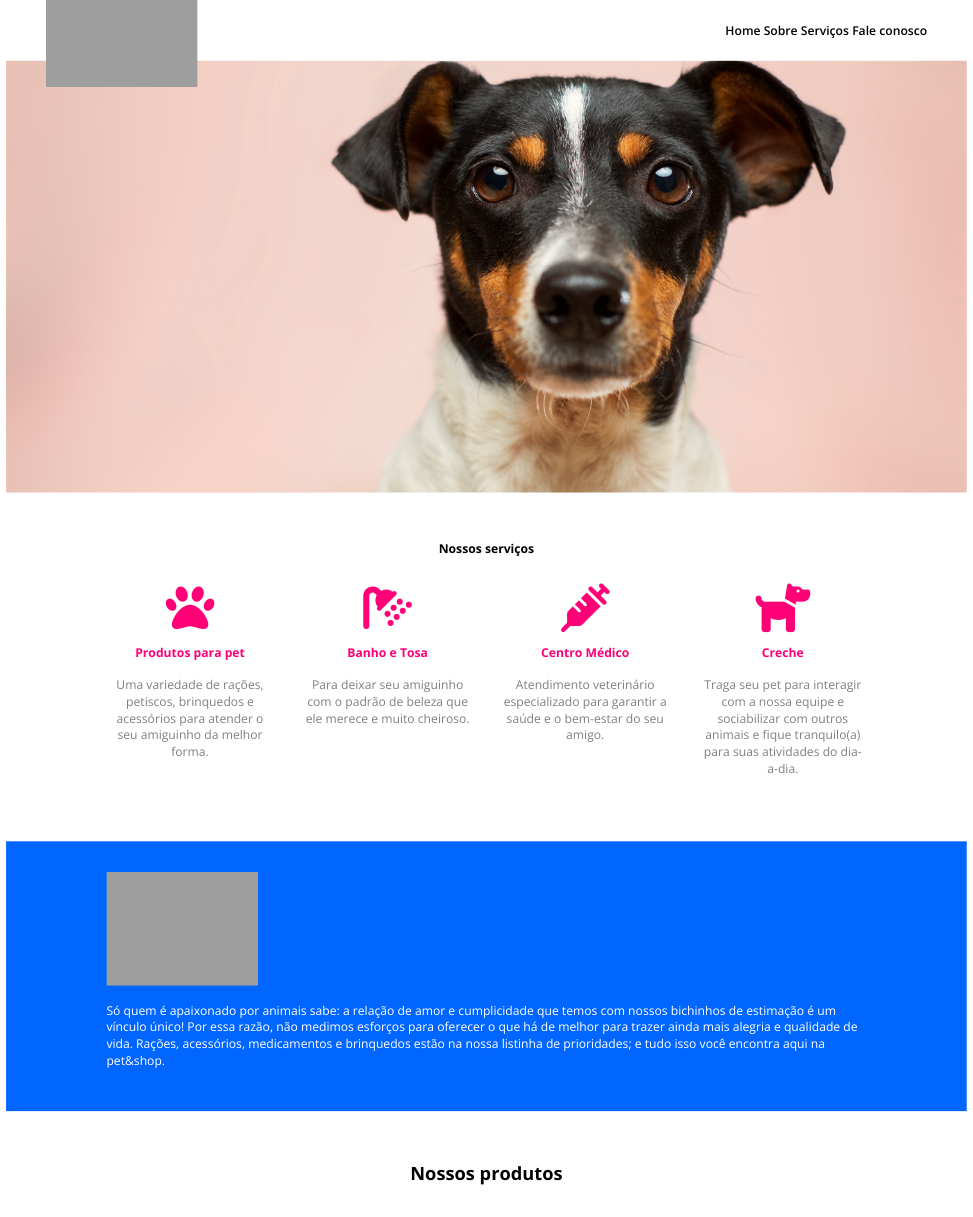
Repository: Iluiscarlos/Projeto-Site-PetShop
Page: Index.html
These files come from the project's save history. The page is drawn as it stood at one moment and after the next save; the edit follows.
The browser window is 1280 px wide. The pictures show the whole page, at 76% of full size.
Pictures or frames that could not be fetched are drawn as grey boxes. Some web libraries are served in a nearby version.

Above is the page before, as saved 2022-04-22 23:14:18.

### Index.html
<!DOCTYPE html>
<html lang="pt-BR">
<head>
  <meta charset="UTF-8">
  <meta name="viewport" content="width=device-width, initial-scale=1.0">
  <meta http-equiv="X-UA-Compatible" content="ie=edge">
  <title>pet&shop</title>
  <script src="https://kit.fontawesome.com/2c48374459.js" crossorigin="anonymous"></script>
  <link rel="preconnect" href="https://fonts.googleapis.com">
  <link rel="preconnect" href="https://fonts.gstatic.com" crossorigin>
  <link href="https://fonts.googleapis.com/css2?family=Open+Sans:wght@400;500;600;700&display=swap" rel="stylesheet">

<style>

    .banner {
    width: 100%;
    height: 600px;
    margin-top: 40px;
    object-fit: cover;
    }

    header {
      display: flex;
      align-items: center;
      justify-content: space-between;
      padding: 0 20px;
      position: fixed;
      top: 0;
      left: 0;
      right: 0;
      background-color: #ffffff;
      height: 80px;
    }

    .brand-name {
      color: #ff0077;
      margin-right: 20px;
      font-family: 'Open Sans', sans-serif;
    }

    .brand-name a {
      color: inherit;
      text-decoration: none;
      width: 16px;
    }

    #service {
        text-align: center;
    }

    .about-section {
      background-color: #0066ff;
      color: #ffffff;
      padding-top: 40px;
      padding-bottom: 40px;
      margin-left: auto;
      margin-right: auto;
      text-align:left;
    }

    .font {
      font-family: 'Open Sans', sans-serif;
      font-weight: 100;
      font-size: medium;
    }
    .font-description {
        font-family: 'Open Sans', sans-serif;
        font-weight: 100;
        color: gray;
        text-decoration: none;
    }
    .row {
      margin: -20px;
    }

    .column {
      width: 25%;
      display: inline-block;
      float: left;

      padding: 20px;
      box-sizing: border-box;
    }

    .product-name {
      color: #ff0077;
      text-align: center;
      font-weight: bold;
      font-weight: 700;
      font-family: 'Open Sans', sans-serif

    }

    .container {
      width: 1000px;
      max-width: 100%;
      margin-left: auto;
      margin-right: auto;
    }

    i{
      color: #ff0077;
      font-size: 4rem;
      padding-bottom: 15px;
    }

    .clearfix {
      clear: both;
    }

    .logo{
      width: 200px;
      height: 150px;
      padding-left: 40px;
    }

    .logo-about {
      width: 200px;
      height: 150px;
    }

    .navi {
      color: black;
      padding-right: 40px;
      justify-content: space-between;
      display: inline-block;
    }
    .navi a {
      color: black;
      font-family: 'Open Sans', sans-serif;
      font-weight: 600;
      text-decoration: none;
      height: 80px;
    }

    a:active {
      background-color: #ff0077;
    }

    a:focus {
      background-color: #ff0077;
    }
    a::selection{
      background-color: #ff0077;
      color: #ffffff;
    }

    a::before {
      color: #ff0077;
    }

    .products{
      text-align: center;

    }

    .column-products {
      width: 25%;
      display: inline-block;
      float: left;
      padding: 20px;
      box-sizing: border-box;
    }
</style>
</head>
<body>
  <section class="font">
    <header>
        <img class="logo" id="home" src="logo-colored.svg"><a href="#banner"></a>
    <nav class="navi">
        <a href="#home">Home</a>
        <a href="#about">Sobre</a>
        <a href="#service">Serviços</a>
        <a href="#contacts">Fale conosco</a>
    </nav>
    </header>
    <section id="banner">
        <img class="banner" src="banner.jpg">
    </section>
    <br/>
    <br/>
    <section id="service" class="service">
      <div class="container">
    <h2 class="font"><strong>Nossos serviços</strong></h2>
    <br/>
      <div class="row">
          <div class="column">
          <i class="fa-solid fa-paw"></i>
          <div class="product-name">Produtos para pet</div>
          <h4 class="font-description">Uma variedade de rações, petiscos, brinquedos e acessórios para atender o seu amiguinho da melhor forma.</h4>
      </div>
      <div class="column">
          <i class="fa-solid fa-shower"></i>
          <div class="product-name">Banho e Tosa</div>
          <h4 class="font-description">Para deixar seu amiguinho com o padrão de beleza que ele merece e muito cheiroso.</h4>
      </div>
      <div class="column">
          <i class="fa-solid fa-syringe"></i>
          <div class="product-name">Centro Médico</div>
          <h4 class="font-description">Atendimento veterinário especializado para garantir a saúde e o bem-estar do seu amigo.</h4>
      </div>
      <div class="column">
          <i class="fa-solid fa-dog"></i>
          <div class="product-name">Creche</div>
          <h4 class="font-description">Traga seu pet para interagir com a nossa equipe e sociabilizar com outros animais e fique tranquilo(a) para suas atividades do dia-a-dia.</h4>
      </div>
      </div>
      <div class="clearfix"></div>
    </section>
    <br/>
    <br/>
    <section class="about-section" id="about">
    <div class="container">
      <img src="logo-white.svg" class="logo-about">
        <p>Só quem é apaixonado por animais sabe: a relação de amor e cumplicidade que temos com nossos bichinhos de estimação é um vínculo único! Por essa razão, não medimos esforços para oferecer o que há de melhor para trazer ainda mais alegria e qualidade de vida. Rações, acessórios, medicamentos e brinquedos estão na nossa listinha de prioridades; e tudo isso você encontra aqui na pet&shop.</p>
    </section>
    <br/>
    <br/>
    <section class="products">
      <h2>Nossos produtos</h2>
      <br/>
      <div class="row">


  </section>
</body>
</html>

After the next save:
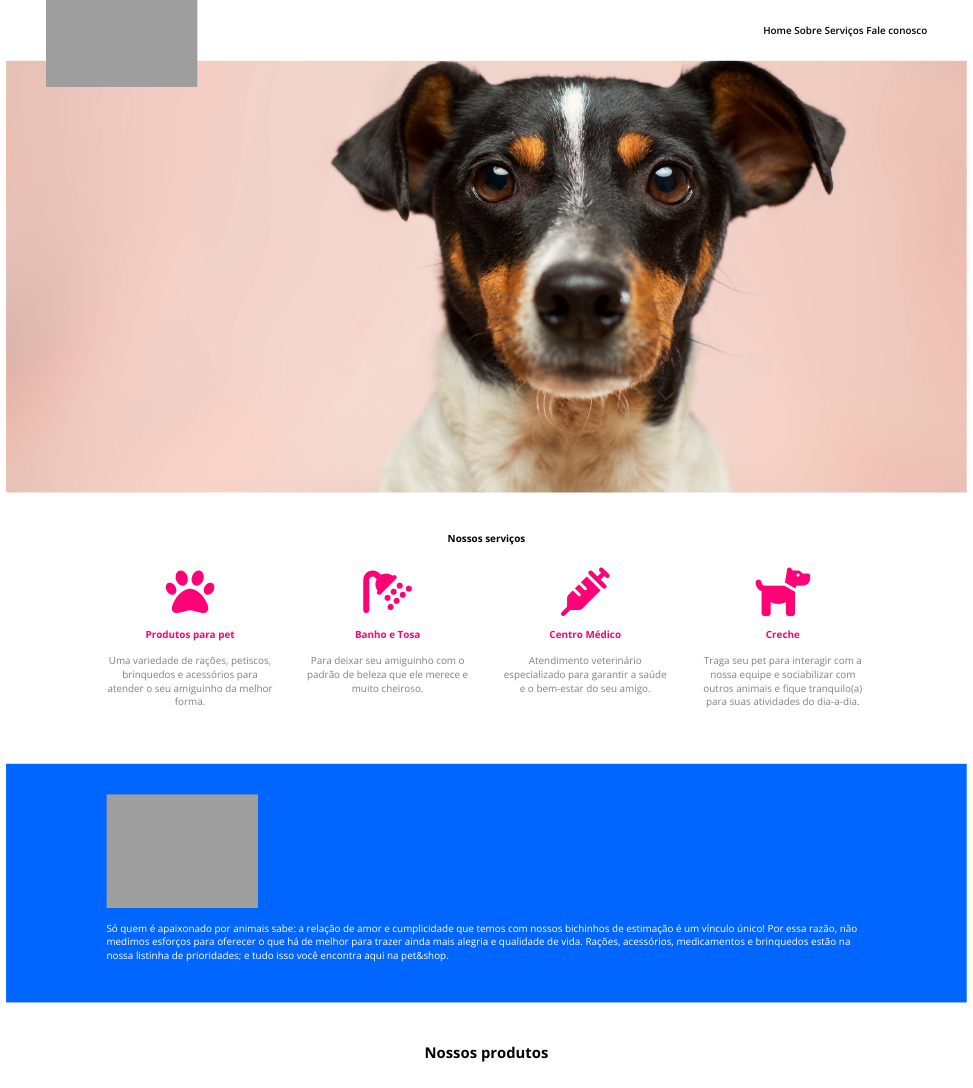
Saved 17 s later.
--- a/Index.html
+++ b/Index.html
@@ -61,7 +61,7 @@
     .font {
       font-family: 'Open Sans', sans-serif;
       font-weight: 100;
-      font-size: medium;
+      font-size:small;
     }
     .font-description {
         font-family: 'Open Sans', sans-serif;

After the save that followed:
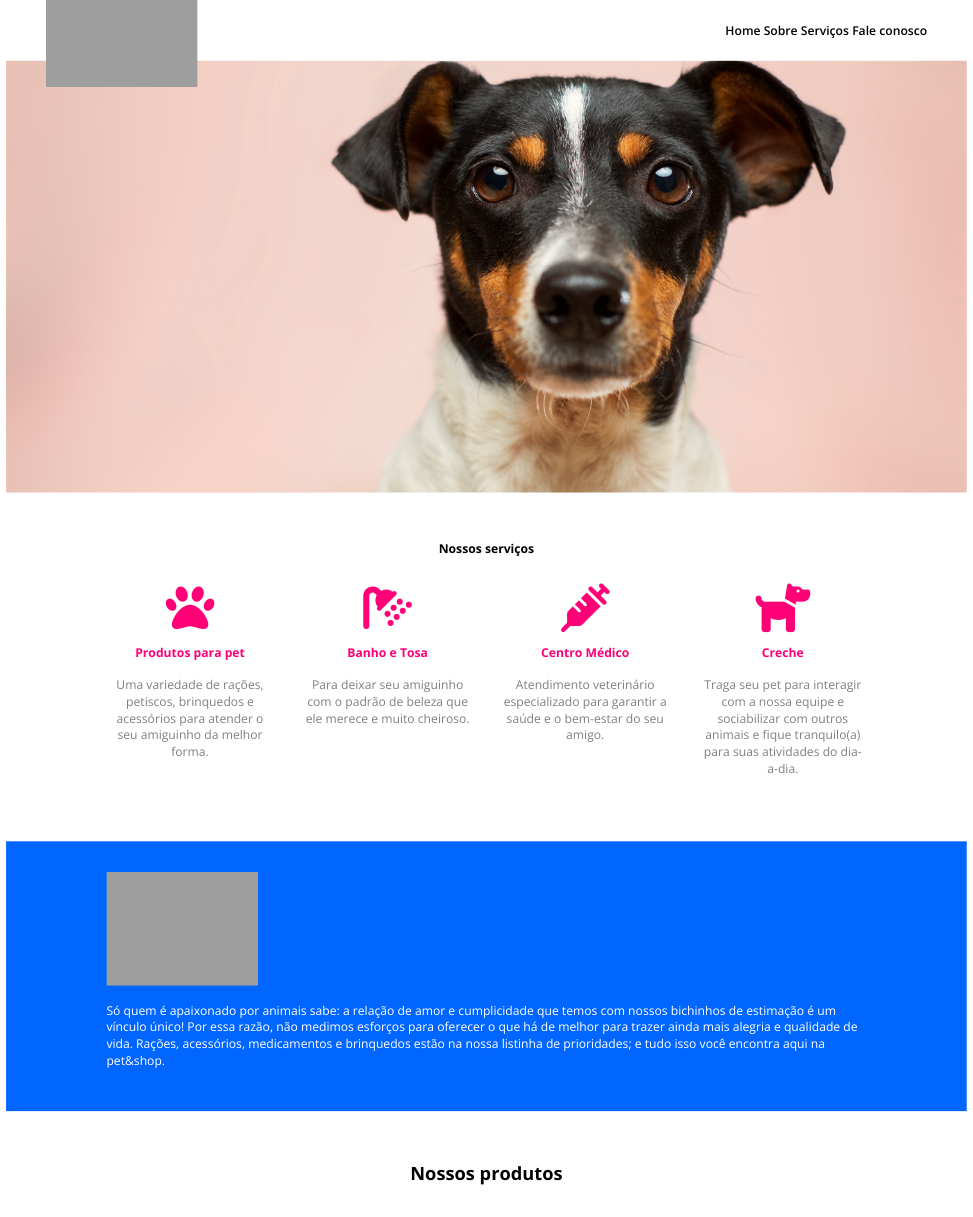
Saved 56 s later.
--- a/Index.html
+++ b/Index.html
@@ -61,7 +61,7 @@
     .font {
       font-family: 'Open Sans', sans-serif;
       font-weight: 100;
-      font-size:small;
+      font-size: medium;
     }
     .font-description {
         font-family: 'Open Sans', sans-serif;
